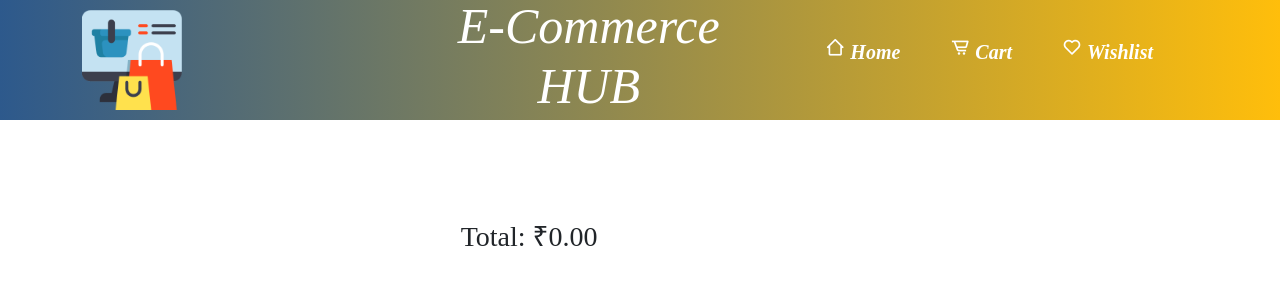
Repository: AbdulKalam3/E-Commerce-HUB
Page: http://localhost/E_Commerce_Website/cart.jsp
These files come from the project's save history. The page is drawn as it stood at one moment and after the next save; the edit follows.
The browser window is 1280 px wide. The pictures show the whole page.
Some web fonts or font styles are not loaded; a fallback is used. The page is served by Tomcat 9. Nobody is signed in. The application's start-up code is not run. Other server files are loaded and not shown. Queries for data that is not in the repository find no rows.

Above is the page before, as saved 2024-12-24 08:08:28.

### E_Commerce Website/src/main/webapp/cart.jsp
<%@ page language="java" contentType="text/html; charset=UTF-8" pageEncoding="UTF-8"%>
<%@ page import="java.sql.*" %>
<!DOCTYPE html>
<html>
<head>
    <meta charset="UTF-8">
    <link rel="icon" type="image/png" href="images/icon.png"/>
    <link rel="stylesheet" href="CSS/cart-style.css">
    <link href='https://unpkg.com/boxicons@2.1.4/css/boxicons.min.css' rel='stylesheet'>
    <link href="https://cdn.jsdelivr.net/npm/bootstrap@5.3.0/dist/css/bootstrap.min.css" rel="stylesheet">
    <title>Cart</title>
</head>
<body>
<header>
    <div class="container header">
        <div class="row title">
            <div class="col">
                <img src="images/icon.png">
            </div>
            <div class="col">
                <h1>E-Commerce HUB</h1>
            </div>
            <div class="col">
                <ul class="navlist">
                    <li>
                        <a href="index.jsp"><i class='bx bx-home-alt-2'></i>Home</a>
                    </li>
                    <li>
                        <a href="#cart"><i class='bx bx-cart-alt'></i>Cart</a>
                    </li>
                    <li>
                        <a href="wishlist.jsp"><i class='bx bx-heart'></i>Wishlist</a>
                    </li>
                </ul>
            </div>
        </div>
    </div>
</header>

<section id="cart">
    <div class="container cart">
        <div class="row">
            <%
                String DB_URL = "jdbc:mysql://localhost:3306/Ecommerce";
                String DB_USER = "root";
                String DB_PASSWORD = "mysql";
                Connection conn = null;
                Statement stmt = null;
                ResultSet rs = null;
                double totalPrice = 0.0;

                try {
                    Class.forName("com.mysql.cj.jdbc.Driver");
                    conn = DriverManager.getConnection(DB_URL, DB_USER, DB_PASSWORD);
                    stmt = conn.createStatement();
                    String sql = "SELECT * FROM cart";
                    rs = stmt.executeQuery(sql);

                    while (rs.next()) {
                        String productName = rs.getString("product_name");
                        double price = rs.getDouble("price");
                        String imageUrl = rs.getString("image_url");
                        int quantity = rs.getInt("quantity"); // Assuming there's a 'quantity' column in the cart table

                        totalPrice += price * quantity;  // Adjust total price based on quantity
            %>
                       <div class="col">
						    <div class="items">
						        <img src="<%= imageUrl %>" alt="Product Image">
						        <div class="items-body">
						            <p><%= productName %></p>
						            <p><%= String.format("₹%.2f", price) %></p>

						            <!-- Display the quantity and allow updating it -->
						            <div class="quantity-controls">
						                <form action="updatequantity" method="post" class="quantity-form">
						                    <input type="hidden" name="product_id" value="<%= rs.getInt("id") %>">
						                    <button type="submit" name="action" value="decrease" class="btn btn-secondary">-</button>
						                    <input type="text" name="quantity" value="<%= quantity %>" class="quantity-input" readonly>
						                    <button type="submit" name="action" value="increase" class="btn btn-secondary">+</button>
						                </form>
						            </div>

						            <form action="removeproduct" method="post" class="btn">
						                <input type="hidden" name="product_id" value="<%= rs.getInt("id") %>">
						                <button type="submit" class="btn btn-danger">Remove</button>
						            </form>
						            <form class="buy">
						                <button type="submit" class="buy">Buy</button>
						            </form>
						        </div>
						    </div>
						</div>

            <%
                    }
                } catch (ClassNotFoundException | SQLException e) {
                    e.printStackTrace();
                    out.println("<div class='col-12 text-center'><p>Error fetching cart items: " + e.getMessage() + "</p></div>");
                } finally {
                    if (rs != null) try { rs.close(); } catch (SQLException ignored) {}
                    if (stmt != null) try { stmt.close(); } catch (SQLException ignored) {}
                    if (conn != null) try { conn.close(); } catch (SQLException ignored) {}
                }
            %>
        </div>

        <div class="row">
		    <div class="col-12 text-right">
		        <h3>Total: <%= String.format("₹%.2f", totalPrice) %></h3>
		    </div>
		</div>

    </div>
</section>

<script type="text/javascript">
    window.onload = function() {
        if(sessionStorage.getItem("scrollPos") != null) {
            window.scrollTo(0, sessionStorage.getItem("scrollPos"));
        }
    };

    window.onbeforeunload = function() {
        sessionStorage.setItem("scrollPos", window.scrollY);
    };
</script>

</body>
</html>

### E_Commerce Website/src/main/webapp/CSS/cart-style.css
@import url('https://fonts.googleapis.com/css2?family=Oswald:wght@200..700&family=PT+Sans:ital,wght@0,400;0,700;1,400;1,700&display=swap');

* {
    padding: 0;
    margin: 0;
    box-sizing: border-box;
}

body {
    font-family: "Times New Roman", serif, sans-serif !important;
}

/* Header Styling */
header {
    background: linear-gradient(90deg, #2d598c, #ffbe0b);
}

.container {
    padding-left: 0;
    padding-right: 0;
}

.row {
    margin-left: 0;
    margin-right: 0;
}

.col {
    padding-left: 0;
    padding-right: 0;
}

.header {
    display: grid;
    grid-template-rows: auto 1fr;
    grid-template-columns: 1fr;
}

.title .col:first-child {
    justify-content: flex-start;
}

.title .col:nth-child(3) {
    align-items: bottom;
}

.title {
    font-family: "PT Sans", serif;
    font-weight: 700;
    font-style: italic;
    gap: 10px;
    align-items: center;
    justify-items: center;
}

.title .col {
    display: flex;
    justify-content: center;
    align-items: center;
    height: 120px;
}

.title img {
    width: 100px;
    height: auto;
}

.title h1 {
    text-align: center;
    color: white;
    font-size: 50px;
}

/* Navlist */
.navlist {
    display: flex;
    padding: 0 20px;
}

.navlist li {
    list-style: none;
    margin: 10px;
}

.navlist a {
    display: flex;
    gap: 5px;
    font-size: 20px;
    padding: 10px 15px;
    text-decoration: none;
    color: white;
}

.navlist a:hover {
    background-color: white;
    color: #2d598c;
}

/* Cart */
.cart {
    padding-top: 100px;
    display: grid;
    grid-template-columns: repeat(3, 1fr);
    gap: 20px;
}

.items {
    text-align: center;
    border-radius: 8px;
    box-shadow: 0px 2px 2px rgba(0, 0, 0, 0.2);
    transition: transform 0.3s ease, box-shadow 0.3s ease;
    padding: 10px 0;
    width: 300px;
    height: 350px;
}

.items:hover {
    transform: scale(1.03);
    box-shadow: 0 8px 8px rgba(0, 0, 0, 0.3);
}

.items img {
    width: 200px;
    height: 200px;
    object-fit: cover;
    transition: transform 1s ease 0.3s;
}

.items img:hover {
    transform: scale(2);
    border-radius: 8px;
}

.items-body {
    justify-items: center;
}

.items-body .btn {
    background-color: #A52A2A;
    color: white;
    padding: 2px;
    border-radius: 4px;
}

.items-body .btn:hover {
    background-color: #8B0000;
}

.items-body p {
    font-size: 20px;
    font-weight: 600;
}

.buy {
    background-color: green;
    color: white;
    padding: 2px;
    border-radius: 4px;
}

.buy:hover {
    transform: scale(1.03);
}

.btn, .buy {
    display: inline-block;
}

/* Quantity Update Buttons */
.quantity-buttons {
    display: flex;
    justify-content: center;
    align-items: center;
    gap: 10px;
}

.quantity-buttons button {
    padding: 5px 10px;
    font-size: 16px;
    background-color: #ffbe0b;
    color: white;
    border: none;
    border-radius: 4px;
    cursor: pointer;
}

.quantity-buttons button:hover {
    background-color: #2d598c;
}

After the next save:
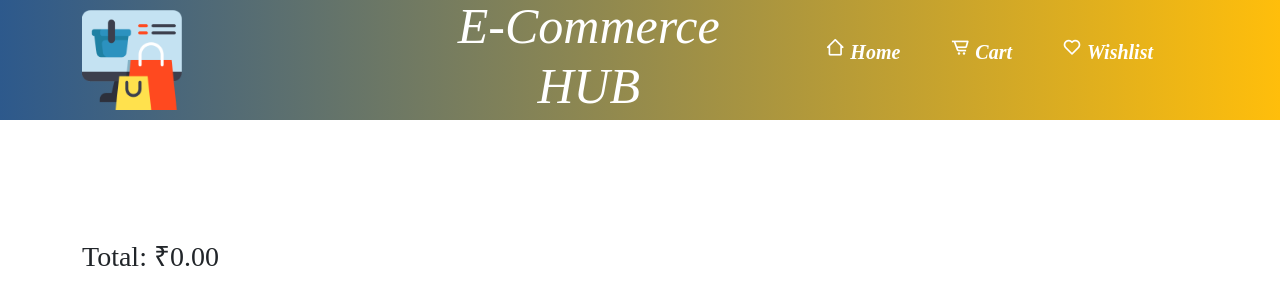
Saved 26 s later.
--- a/E_Commerce Website/src/main/webapp/CSS/cart-style.css
+++ b/E_Commerce Website/src/main/webapp/CSS/cart-style.css
@@ -10,44 +10,42 @@
     font-family: "Times New Roman", serif, sans-serif !important;
 }
 
+
+
 /* Header Styling */
 header {
     background: linear-gradient(90deg, #2d598c, #ffbe0b);
+
 }
-
 .container {
-    padding-left: 0;
-    padding-right: 0;
+  padding-left: 0;
+  padding-right: 0;
 }
 
 .row {
-    margin-left: 0;
-    margin-right: 0;
+  margin-left: 0;
+  margin-right: 0;
 }
 
 .col {
-    padding-left: 0;
-    padding-right: 0;
+  padding-left: 0;
+  padding-right: 0;
 }
-
 .header {
     display: grid;
-    grid-template-rows: auto 1fr;
+    grid-template-rows:auto 1fr;
     grid-template-columns: 1fr;
 }
-
 .title .col:first-child {
     justify-content: flex-start;
 }
-
-.title .col:nth-child(3) {
-    align-items: bottom;
+.title .col:nth-child(3){
+	align-items:bottom;
 }
-
 .title {
-    font-family: "PT Sans", serif;
-    font-weight: 700;
-    font-style: italic;
+	font-family: "PT Sans", serif;
+  font-weight: 700;
+  font-style: italic;
     gap: 10px;
     align-items: center;
     justify-items: center;
@@ -70,6 +68,8 @@
     color: white;
     font-size: 50px;
 }
+
+
 
 /* Navlist */
 .navlist {
@@ -96,74 +96,65 @@
     color: #2d598c;
 }
 
-/* Cart */
-.cart {
-    padding-top: 100px;
-    display: grid;
-    grid-template-columns: repeat(3, 1fr);
-    gap: 20px;
+
+/* cart */
+.cart{
+	padding-top:100px;
+	display:grid;
+	grid-template-columns:1fr, 1fr, 1fr;
+	gap:20px;
 }
-
-.items {
-    text-align: center;
-    border-radius: 8px;
-    box-shadow: 0px 2px 2px rgba(0, 0, 0, 0.2);
+.items{
+	text-align: center;
+    border-radius:8px;
+    box-shadow:0px 2px 2px rgba(0, 0, 0, 0.2);
     transition: transform 0.3s ease, box-shadow 0.3s ease;
-    padding: 10px 0;
-    width: 300px;
-    height: 350px;
+    padding:10px 0px;
+    width:300px;
+    height:350px;
 }
-
-.items:hover {
-    transform: scale(1.03);
+.items:hover{
+	transform:sacle(1.03);
     box-shadow: 0 8px 8px rgba(0, 0, 0, 0.3);
 }
-
-.items img {
-    width: 200px;
-    height: 200px;
-    object-fit: cover;
-    transition: transform 1s ease 0.3s;
+.items img{
+	width:200px;
+	height:200px;
+	object-fit:cover;
+	transition: transform 1s ease 0.3s;
 }
-
-.items img:hover {
-    transform: scale(2);
-    border-radius: 8px;
+.items img:hover{
+	transform:scale(2);
+	border-radius:8px;
 }
-
-.items-body {
-    justify-items: center;
+.items-body{
+	justify-items:center;
 }
-
-.items-body .btn {
-    background-color: #A52A2A;
-    color: white;
-    padding: 2px;
-    border-radius: 4px;
+.items-body .btn{
+	background-color:#A52A2A;
+	color:white;
+	padding:2px;
+	border-radius:4px;
 }
-
-.items-body .btn:hover {
-    background-color: #8B0000;
+.items-body .btn:hover{
+	background-color:#8B0000;
 }
-
-.items-body p {
-    font-size: 20px;
-    font-weight: 600;
+.items-body p{
+	font-size:20px;
+	font-weight:600;
 }
-
-.buy {
-    background-color: green;
-    color: white;
-    padding: 2px;
-    border-radius: 4px;
+.buy{
+	background-color:green;
+	color:white;
+	color:white;
+	padding:2px;
+	border-radius:4px;
 }
-
-.buy:hover {
-    transform: scale(1.03);
+.buy:hover{
+	transform:scale(1.03);
 }
-
-.btn, .buy {
-    display: inline-block;
+.btn,.buy{
+	 display: inline-block;
 }
 
 /* Quantity Update Buttons */
